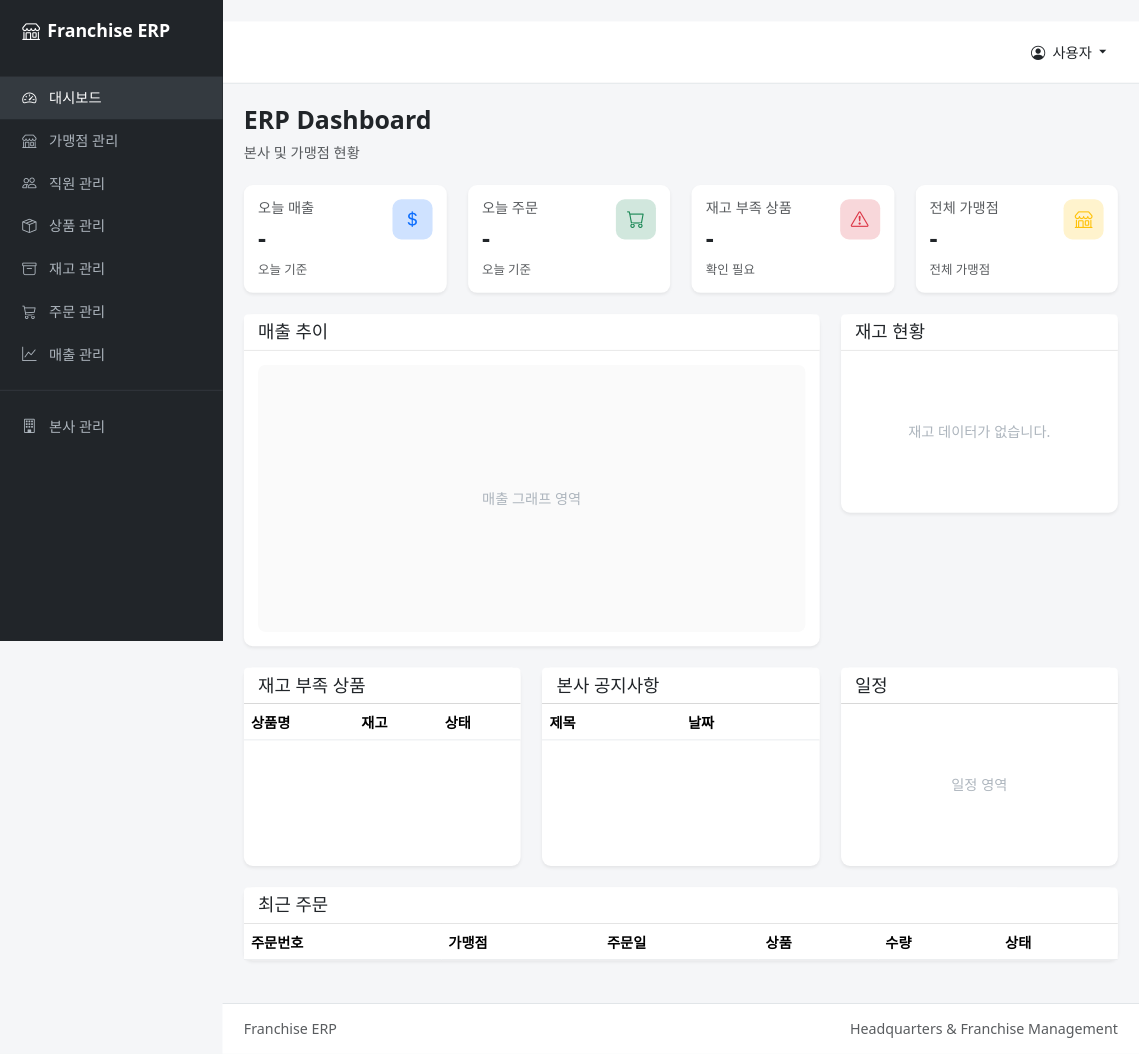
Repository: nojong99/kosta
Page: 32_MVCModel2/src/main/webapp/wasteTrends.html
These files come from the project's save history. The page is drawn as it stood at one moment and after the next save; the edit follows.
The browser window is 1280 px wide. The pictures show the whole page, at 89% of full size.

Above is the page before, as saved 2026-09-23 02:40:06.

After the next save:
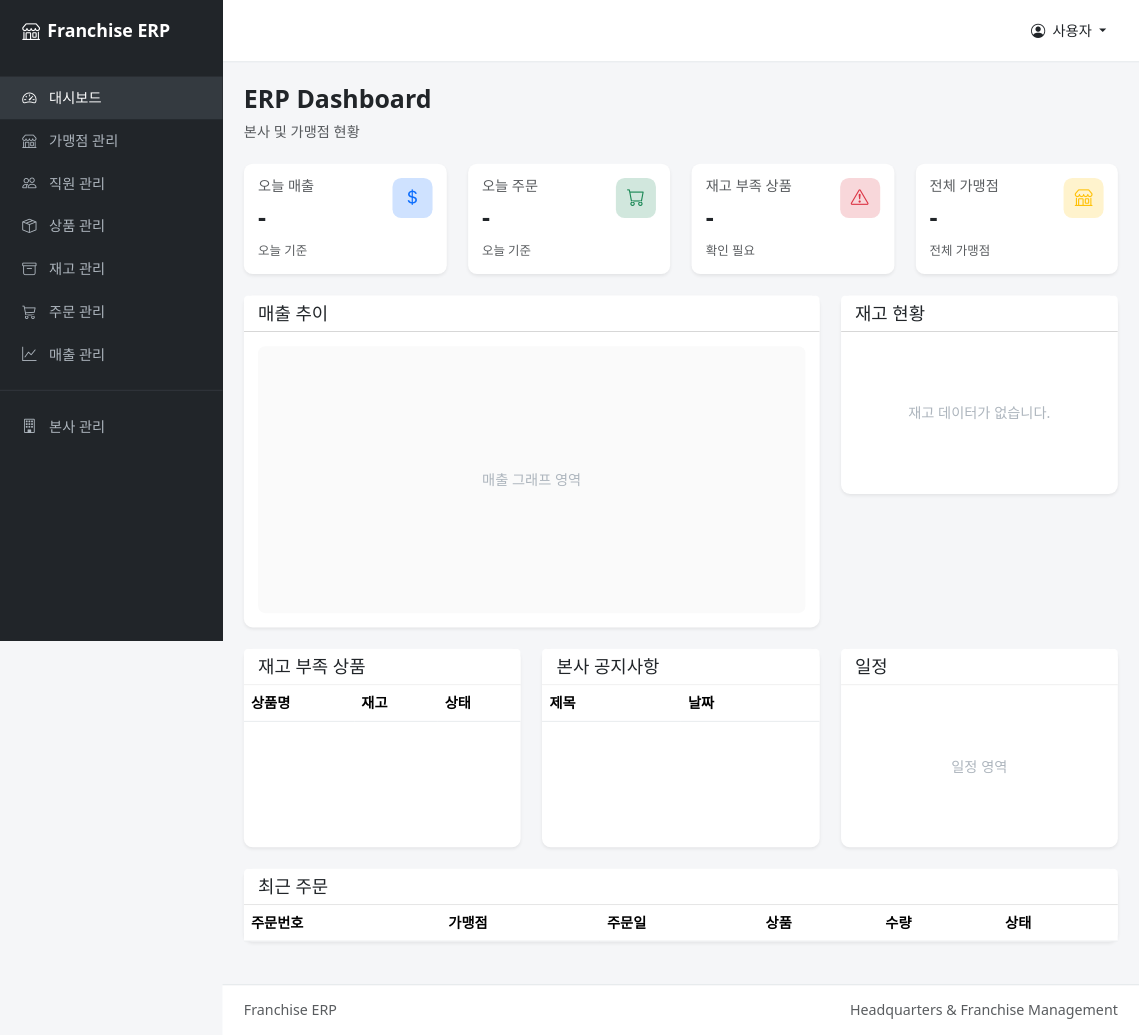
Saved 9 s later.
--- a/32_MVCModel2/src/main/webapp/wasteTrends.html
+++ b/32_MVCModel2/src/main/webapp/wasteTrends.html
@@ -1,4 +1,3 @@
-```html
 <!DOCTYPE html>
 <html lang="ko">
 
